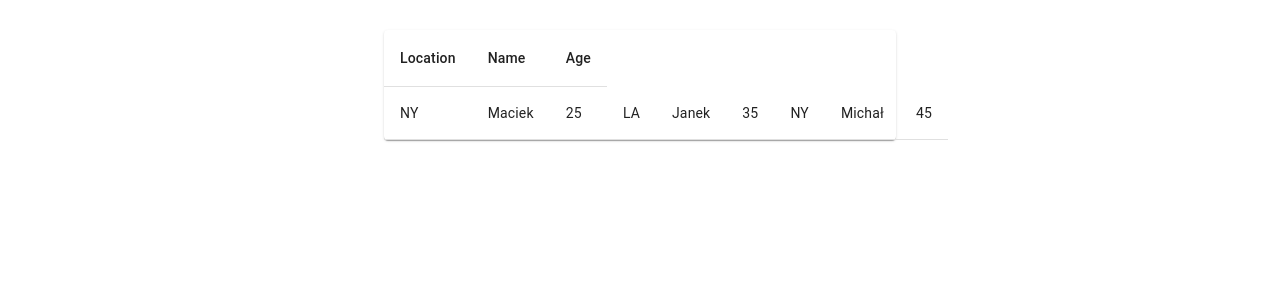
Repository: GoreckiK/MaterialUIMock
Page: /
The author's editor kept a copy of each file at every save. The page is drawn from the files as they stood at one save, then again after the next save.
The browser window is 1280 px wide. The pictures show the whole page.
The project was rebuilt for these pictures with package versions that can differ from the ones it lists, and the page was loaded fresh each time. Also part of the build but not shown: src/components/MaterialTable.jsx, src/components/Toolbar.jsx, src/components/SideBar.jsx, src/components/TableWithSorting.jsx.

Above is the page before, as saved 2020-05-18 17:58:26.

After the next save:
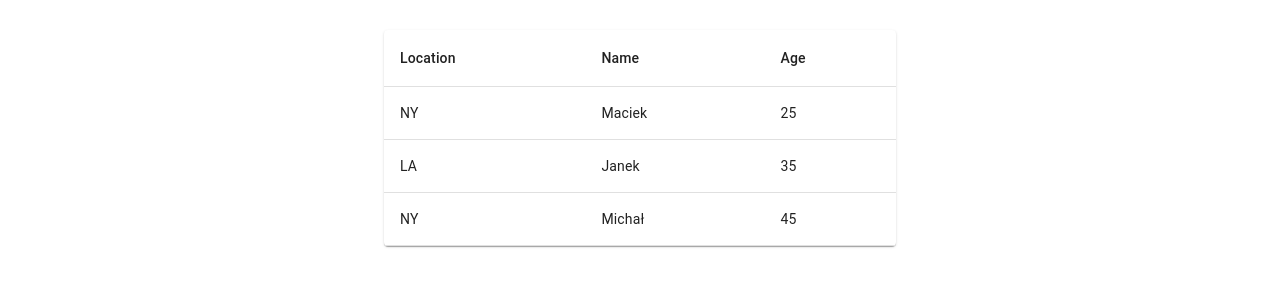
Saved 32 s later.
--- a/src/components/SummaryDashboardTable.jsx
+++ b/src/components/SummaryDashboardTable.jsx
@@ -86,11 +86,11 @@ const SummaryDashboardTable = () => {
                 <TableBody>
                     {users.map((user, id) => {
                         return (
-                            <React.Fragment>
+                            <TableRow key={id}>
                                 <TableCell key={id}>{user.location}</TableCell>
                                 <TableCell key={id}>{user.name}</TableCell>
                                 <TableCell key={id}>{user.age}</TableCell>
-                            </React.Fragment>
+                            </TableRow>
                         );
                     })}
                 </TableBody>
